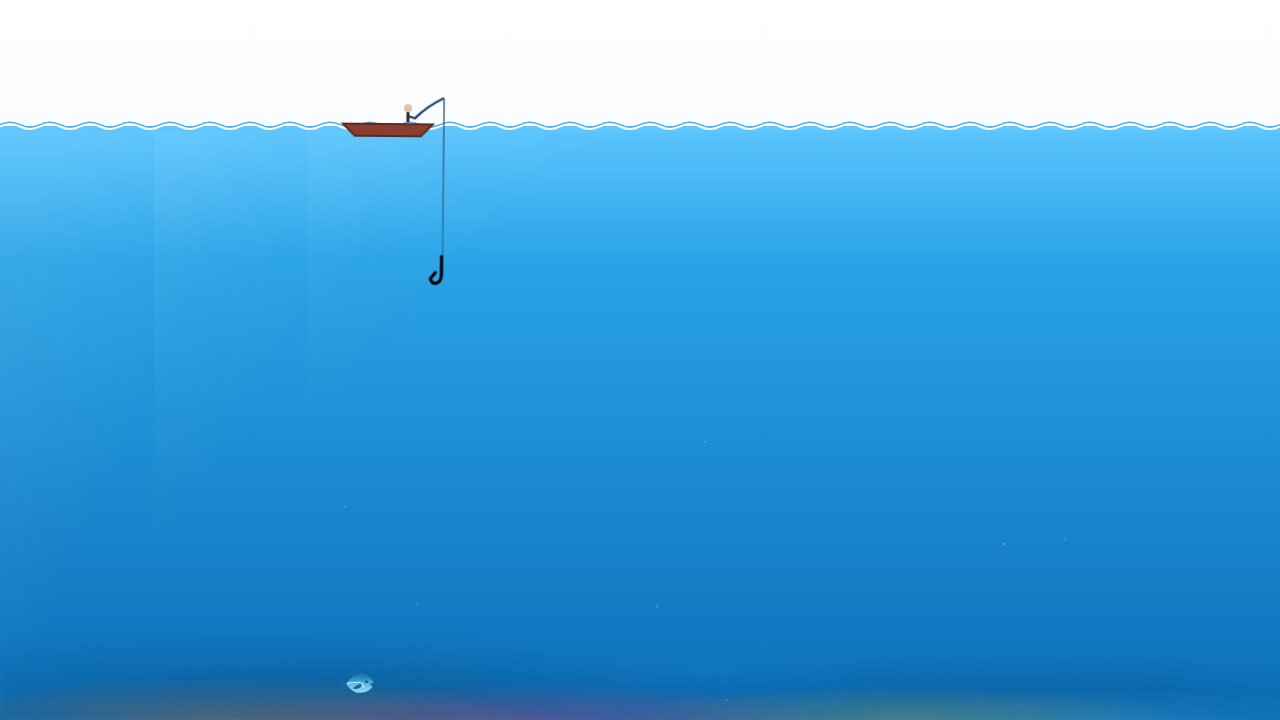
Repository: DeepFriedTurkey441/fd_game_project
Page: index.html
These files come from the project's save history. The page is drawn as it stood at one moment and after the next save; the edit follows.
The browser window is 1280 px wide. The pictures show the whole page.

Above is the page before, as saved 2025-09-23 07:33:05.

### index.html
<!DOCTYPE html>
<html lang="en">
<head>
  <meta charset="UTF-8">
  <title>Fish Dodge</title>
  <link rel="stylesheet" href="style.css">
</head>
<body>
  <div id="game">
    <div id="air" aria-hidden="true"></div>
    <div id="waterline" aria-hidden="true"></div>
    <!-- Decorative background layers (non-interactive) -->
    <div id="reef-back" aria-hidden="true"></div>
    <div id="reef-mid" aria-hidden="true"></div>
    <div id="reef-fore" aria-hidden="true"></div>
    <div id="light-rays" aria-hidden="true"></div>
    <div class="boat" aria-label="small fishing boat" title="Fishing boat" style="left: 26vw;">
      <svg viewBox="0 0 120 60" xmlns="http://www.w3.org/2000/svg" aria-hidden="true">
        <!-- hull -->
        <path d="M10 40 L100 40 L88 52 L22 52 Z" fill="#8b3e2f" stroke="#5e291f" stroke-width="2"/>
        <!-- fisherman (simple) -->
        <circle cx="75" cy="24" r="4" fill="#e0c2a8"/>
        <path id="arm" d="M75 28 L75 38" stroke="#2b2b2b" stroke-width="3"/>
        <path id="rod" d="M75 32 L82 34" stroke="#2b2b2b" stroke-width="2"/>
        <!-- fishing rod (angled out over water) -->
        <path d="M82 34 Q 94 22 110 14" stroke="#1f4b7a" stroke-width="2.5" fill="none" stroke-linecap="round"/>
      </svg>
      <div class="line" aria-hidden="true"></div>
      <svg class="hook" aria-hidden="true" viewBox="0 0 24 36">
        <!-- J‑shaped hook: black stroke, no fill -->
        <path d="M16 2 V20 C16 30 6 32 5 24" fill="none" stroke="#000" stroke-width="3.2" stroke-linecap="round"/>
        <!-- Barb -->
        <path d="M6 23 L10 18" fill="none" stroke="#000" stroke-width="3" stroke-linecap="round"/>
      </svg>
    </div>
    <div id="fish" aria-label="fish"><span class="sprite" aria-hidden="true">🐟</span></div>
    <!-- Soft ambient bubbles -->
    <div id="bubbles" aria-hidden="true"></div>
  </div>
  <script src="script.js"></script>
</body>
</html>

### style.css
/* Basic starter styling */
body {
    margin: 0;
    font-family: sans-serif;
    background-color: #0a3454;
    color: #fff;
  }

#game {
    position: relative;
    width: 100vw;
    height: 100vh;
    overflow: hidden;
    background: linear-gradient(#f9fbff 0%, #eaf3ff 16.66%, #5ec7ff 16.66%, #2aa3e6 36%, #0b6fb8 100%);
  }

/* Air overlay (top 1/6) to ensure a whitish sky */
#air {
    position: absolute;
    left: 0; right: 0;
    top: 0;
    /* Extend slightly past the waterline so crests have white behind them */
    height: calc(100vh / 6 + 12px);
    background: linear-gradient(to bottom, rgba(255,255,255,0.98), rgba(255,255,255,0.75));
    z-index: 1;
    pointer-events: none;
  }

/* Waterline at 1/6 of the viewport height from the top */
#waterline {
    position: absolute;
    left: 0; right: 0;
    top: calc(100vh / 6);
    height: 12px;
    z-index: 2;
    pointer-events: none;
    /* Squiggly wave on top of a 2-color band: white above, light blue below */
    background:
      url("data:[embedded picture, 376 characters]") repeat-x center,
      linear-gradient(to bottom, rgba(255,255,255,0.98) 0%, rgba(255,255,255,0.98) 50%, rgba(94,199,255,1) 50%, rgba(94,199,255,1) 100%);
    background-size: 80px 12px, 100% 100%;
  }

/* Boat at surface */
  .boat {
    position: absolute;
    top: calc(100vh / 6 - 34px); /* float a bit higher above ripple */
    width: 120px; height: 60px;
    transform-origin: 50% 50%;
    animation: bob 3.2s ease-in-out infinite;
    z-index: 6; /* above reefs; fish swims under */
    pointer-events: none;
  }
  .boat svg { width: 100%; height: 100%; display: block; }
  /* (reverted) */

/* Reef layers (behind fish) */
#reef-back, #reef-mid, #reef-fore {
    position: absolute; left: 0; right: 0; bottom: 0;
    pointer-events: none;
}
#reef-back { height: 44vh; background:
    radial-gradient(70% 50% at 20% 100%, rgba(0,40,70,0.25), transparent 60%),
    radial-gradient(60% 40% at 80% 100%, rgba(0,45,80,0.22), transparent 58%);
    z-index: 0; filter: blur(2px) saturate(0.9);
}
#reef-mid { height: 36vh; background:
    radial-gradient(55% 40% at 30% 100%, rgba(10,70,120,0.26), transparent 60%),
    radial-gradient(50% 35% at 75% 100%, rgba(8,90,150,0.22), transparent 62%);
    z-index: 1; filter: blur(1.2px) saturate(1.0);
}
#reef-fore { height: 28vh; background:
    radial-gradient(40% 35% at 18% 100%, rgba(255,130,60,0.28), transparent 62%),
    radial-gradient(38% 30% at 42% 100%, rgba(255,70,120,0.28), transparent 62%),
    radial-gradient(36% 28% at 70% 100%, rgba(255,200,60,0.24), transparent 62%),
    radial-gradient(34% 26% at 88% 100%, rgba(90,200,255,0.22), transparent 62%);
    z-index: 2; filter: saturate(1.1);
    mask-image: linear-gradient(to top, black 60%, rgba(0,0,0,0) 100%);
    -webkit-mask-image: linear-gradient(to top, black 60%, rgba(0,0,0,0) 100%);
}

/* God-rays */
#light-rays { position: absolute; left:0; right:0; top: calc(100vh/6); bottom:0; pointer-events:none; z-index:1;
  background:
    linear-gradient(115deg, rgba(255,255,255,0.12) 10%, rgba(255,255,255,0.0) 35%) 0 0/40% 100% no-repeat,
    linear-gradient(125deg, rgba(255,255,255,0.10) 8%, rgba(255,255,255,0.0) 32%) 20% 0/40% 100% no-repeat,
    linear-gradient(135deg, rgba(255,255,255,0.08) 6%, rgba(255,255,255,0.0) 28%) 40% 0/40% 100% no-repeat;
  mix-blend-mode: screen;
  opacity: 0.5;
}
  .boat .line {
    position: absolute;
    left: 110px; /* exact rod tip in SVG coords */
    top: 14px;
    width: 2px;
    height: calc(100vh - (100vh / 6)); /* down to bottom */
    background: linear-gradient(to bottom, rgba(30,60,100,0.6), rgba(30,60,100,0.3));
    transform-origin: top;
    z-index: 4; /* between reefs and fish */
  }
  .boat .hook {
    position: absolute;
    left: 100px; /* adjusted for SVG viewBox */
    top: 14px;
    width: 24px; height: 36px;
    z-index: 5;
    display: block;
  }
  .boat .hook path { vector-effect: non-scaling-stroke; }

@keyframes bob {
  0%   { transform: translateY(0) rotate(-0.6deg); }
  50%  { transform: translateY(-2px) rotate(0.6deg); }
  100% { transform: translateY(0) rotate(-0.6deg); }
}

#fish {
    position: absolute;
    left: 24px;
    top: 50vh;
    transform: translateY(-50%);
    font-size: 32px;
    line-height: 1;
    user-select: none;
    z-index: 5;
  }
/* Ambient bubbles */
#bubbles { position:absolute; left:0; right:0; top: calc(100vh/6); bottom:0; pointer-events:none; z-index:2; }
#bubbles::before, #bubbles::after { content:""; position:absolute; left:10%; bottom:6vh; width:2px; height:2px; background:transparent;
  box-shadow:  0 0 0 0 rgba(255,255,255,0.7),
               40vw 10vh 0 0 rgba(255,255,255,0.6),
               20vw 30vh 0 0 rgba(255,255,255,0.5),
               65vw 22vh 0 0 rgba(255,255,255,0.6),
               80vw 12vh 0 0 rgba(255,255,255,0.5),
               15vw 18vh 0 0 rgba(255,255,255,0.5);
  animation: bubbleUp 8s linear infinite;
}
#bubbles::after { left:35%; animation-duration: 12s; opacity:0.8; }
@keyframes bubbleUp {
  0% { transform: translateY(0) scale(1); opacity: 0.0; }
  10% { opacity: 0.6; }
  100% { transform: translateY(-70vh) scale(1.2); opacity: 0; }
}
  #fish .sprite { display: inline-block; font-size: 32px; width: 1em; height: 1em; }
  /* Emoji orientation mappings */
  /* Most platforms render 🐟 facing left by default (head on left). */
  #fish .face-left { transform: scaleX(1); }
  #fish .face-right { transform: scaleX(-1); }

### script.js
// Fish movement prototype: slow downward drift, space = up/forward, 3 speeds (←/→)
(function () {
  const fish = document.getElementById('fish');
  const sprite = fish ? fish.querySelector('.sprite') : null;
  const boat = document.querySelector('.boat');
  const lineEl = boat ? boat.querySelector('.line') : null;
  const hookEl = boat ? boat.querySelector('.hook') : null;
  // (reverted) no rod group rotation
  const armPath = boat ? boat.querySelector('#arm') : null;
  const rodPath = boat ? boat.querySelector('#rod') : null;
  if (!fish) return;

  // Ensure fish faces right
  // using CSS flip on child span; no need to set text here

  const BASE_SPEEDS = [1, 3, 6];
  let speedIndex = 0;
  let dir = 1; // 1 = left→right, -1 = right→left
  let speed = BASE_SPEEDS[speedIndex]; // signed pixels/frame after scaling

  let x = 24;
  let y = window.innerHeight * 0.5;
  let vy = 0;
  let spacePressed = false;
  let paused = false;
  function getFishHalfHeight() {
    try {
      const rect = (sprite || fish).getBoundingClientRect();
      return Math.max(8, (rect.height || 32) / 2);
    } catch (_) {
      return 16; // fallback for early frames
    }
  }

  // Tunables
  function scale() { return Math.max(0.8, Math.min(2.0, window.innerWidth / 1200)); }
  function gravity() { return 0.12 * scale(); } // slow drift downward
  function maxFall() { return 3.0 * scale(); }
  function maxRise() { return -4.0 * scale(); }

  function wrapX(nx) {
    const w = window.innerWidth;
    if (nx > w) return nx - w;
    if (nx < 0) return nx + w;
    return nx;
  }

  function updateSpeed() {
    speed = dir * (BASE_SPEEDS[speedIndex] * scale());
    // Update facing based on direction
    if (sprite) {
      if (dir === 1) {
        sprite.classList.remove('face-left');
        sprite.classList.add('face-right');
      } else {
        sprite.classList.remove('face-right');
        sprite.classList.add('face-left');
      }
    }
  }

  function loop() {
    if (paused) { requestAnimationFrame(loop); return; }
    // Horizontal progress
    x = wrapX(x + speed);

    // Vertical physics
    if (spacePressed) {
      vy = Math.max(maxRise(), vy - 0.45 * scale());
    } else {
      vy = Math.min(maxFall(), vy + gravity());
    }
    // Compute waterline as top at 1/6 viewport height
    const waterlineY = window.innerHeight / 6;
    // Keep the fish's center at least one pixel below the waterline + half its height
    const halfH = getFishHalfHeight();
    const topClamp = Math.max(0, waterlineY + halfH + 1);
    const bottomClamp = window.innerHeight - 40;
    y = Math.max(topClamp, Math.min(bottomClamp, y + vy));

    // Render
    fish.style.left = x + 'px';
    fish.style.top = y + 'px';

    // Simple jig animation for hook: hold near bottom, then hop upward irregularly
    animateHook();

    requestAnimationFrame(loop);
  }

  // --- Fishing line + hook motion ---
  let hookState = { phase: 'drop', targetY: 0, lastChange: 0 };
  // (reverted) no cast state
  const FEATURES = {
    casting: (new URL(location.href).searchParams.get('cast') === '1') ||
             (localStorage.getItem('fd_casting') === '1')
  };
  document.addEventListener('keydown', e => {
    if (e.key === 'C') {
      FEATURES.casting = !FEATURES.casting;
      localStorage.setItem('fd_casting', FEATURES.casting ? '1' : '0');
      location.reload();
    }
  });

  // Dynamic grouping for casting when flag is ON
  let rodGroup = null;
  if (boat && FEATURES.casting && armPath && rodPath) {
    try {
      const svg = boat.querySelector('svg');
      rodGroup = document.createElementNS('http://www.w3.org/2000/svg', 'g');
      rodGroup.setAttribute('id', 'rodGroup');
      rodGroup.appendChild(armPath);
      rodGroup.appendChild(rodPath);
      svg.insertBefore(rodGroup, svg.firstChild.nextSibling);
      rodGroup.style.transformOrigin = '75px 32px';
    } catch (_) { rodGroup = null; }
  }
  function animateHook() {
    if (!lineEl || !hookEl) return;
    const now = performance.now();
    const waterTop = window.innerHeight / 6;
    const bottom = window.innerHeight - 4;
    // Anchor positions at rod tip in page coords
    const boatRect = boat.getBoundingClientRect();
    const rodTip = { x: boatRect.left + 110, y: boatRect.top + 14 };
    // Hook SVG geometry (viewBox 0 0 24 36): eye at roughly (16, 2)
    const HOOK_EYE_X = 16; // px within SVG
    const HOOK_EYE_Y = 2;  // px within SVG
    if (hookState.phase === 'drop') {
      // Ensure line spans to bottom and hook sits near bottom
      lineEl.style.height = (bottom - rodTip.y) + 'px';
      // Position hook so its eye aligns with the line X and starts at bottom
      hookEl.style.left = (rodTip.x - boatRect.left - HOOK_EYE_X) + 'px';
      hookEl.style.top = (rodTip.y - boatRect.top + (bottom - rodTip.y) - (HOOK_EYE_Y + 2)) + 'px';
      hookState.phase = 'jig';
      hookState.lastChange = now;
      hookState.targetY = bottom - 30;
      // Trigger a one-time cast animation when flag is ON
      if (FEATURES.casting) startCast(now);
      return;
    }
    // Jigging: random small upward hops, then fall back
    const hookRect = hookEl.getBoundingClientRect();
    const hookY = hookRect.top + hookRect.height / 2;
    if (now - hookState.lastChange > 600 + Math.random() * 600) {
      hookState.targetY = Math.max(waterTop + 60, hookY - (30 + Math.random() * 60));
      hookState.lastChange = now;
    }
    // Move toward targetY smoothly
    const dy = (hookState.targetY - hookY) * 0.14;
    const newTop = hookY + dy;
    const maxTop = bottom - 12;
    const clampedTop = Math.min(maxTop, Math.max(waterTop + 40, newTop));
    // Position hook (absolute within boat) using page→boat coordinates
    const newHookTop = clampedTop - hookRect.height / 2;
    // Keep hook horizontally anchored so the eye stays on the line
    hookEl.style.left = (rodTip.x - boatRect.left - HOOK_EYE_X) + 'px';
    hookEl.style.top = (newHookTop - boatRect.top) + 'px';

    // Reel-in effect: simply shorten the line element height to the hook
    const hookEyePageY = (newHookTop + HOOK_EYE_Y); // page Y for hook eye
    const visibleHeight = Math.max(0, hookEyePageY - rodTip.y);
    lineEl.style.height = visibleHeight + 'px';

    if (FEATURES.casting) stepCast(now);
  }
  // --- Casting (guarded by feature flag) ---
  let hasCastOnce = false;
  let castPhase = 'idle';
  let castStartAt = 0;
  function getBoatSectionIndex() {
    const sections = 10;
    const boatRect = boat.getBoundingClientRect();
    const centerX = boatRect.left + boatRect.width / 2;
    const w = window.innerWidth;
    return Math.min(sections - 1, Math.max(0, Math.floor((centerX / w) * sections)));
  }
  function startCast(now) {
    if (hasCastOnce || !rodGroup) return;
    const section = getBoatSectionIndex();
    if (section >= 8) return;
    hasCastOnce = true;
    castPhase = 'windup';
    castStartAt = now;
  }
  function stepCast(now) {
    if (castPhase === 'idle' || !rodGroup) return;
    const t = now - castStartAt;
    if (castPhase === 'windup') {
      const dur = 380, k = Math.min(1, t / dur);
      const angle = -35 * (1 - Math.pow(1 - k, 3));
      rodGroup.style.transform = `rotate(${angle}deg)`;
      if (k >= 1) { castPhase = 'forward'; castStartAt = now; }
    } else if (castPhase === 'forward') {
      const dur = 240, k = Math.min(1, t / dur);
      const angle = (-35) + 50 * (1 - Math.pow(1 - k, 3));
      rodGroup.style.transform = `rotate(${angle}deg)`;
      const section = getBoatSectionIndex();
      const w = window.innerWidth, sectionW = w / 10;
      const targetX = Math.min((section + 2 + 0.5) * sectionW, w - 20);
      const boatRect = boat.getBoundingClientRect();
      const curr = hookEl.getBoundingClientRect();
      const nx = (curr.left + (targetX - curr.left) * (1 - Math.pow(1 - k, 3))) - boatRect.left - 16;
      hookEl.style.left = `${nx}px`;
      if (k >= 1) { castPhase = 'settle'; castStartAt = now; }
    } else if (castPhase === 'settle') {
      const dur = 280, k = Math.min(1, t / dur);
      const angle = 15 - 15 * (1 - Math.pow(1 - k, 3));
      rodGroup.style.transform = `rotate(${angle}deg)`;
      if (k >= 1) { castPhase = 'idle'; rodGroup.style.transform = 'rotate(0deg)'; }
    }
  }

  document.addEventListener('keydown', (e) => {
    switch (e.key) {
      case ' ': // surge
        if (!spacePressed) {
          spacePressed = true;
          vy = Math.max(maxRise(), vy - 2.2 * scale());
          fish.style.transform = 'translateY(-50%) scale(1.04) rotate(-3deg)';
        }
        break;
      case 'p':
        paused = !paused;
        break;
      case 'ArrowRight':
        if (dir === 1) {
          // Already moving right: speed up until max
          speedIndex = Math.min(BASE_SPEEDS.length - 1, speedIndex + 1);
        } else {
          // Moving left: step down speed; if already at slowest, flip to right slow
          if (speedIndex > 0) {
            speedIndex -= 1;
          } else {
            dir = 1; // flip direction
            speedIndex = 0; // start at slowest in new direction
          }
        }
        updateSpeed();
        break;
      case 'ArrowLeft':
        if (dir === -1) {
          // Already moving left: speed up until max
          speedIndex = Math.min(BASE_SPEEDS.length - 1, speedIndex + 1);
        } else {
          // Moving right: step down speed; if already at slowest, flip to left slow
          if (speedIndex > 0) {
            speedIndex -= 1;
          } else {
            dir = -1; // flip direction
            speedIndex = 0; // start at slowest in new direction
          }
        }
        updateSpeed();
        break;
    }
  });
  document.addEventListener('keyup', (e) => {
    if (e.key === ' ') {
      spacePressed = false;
      fish.style.transform = 'translateY(-50%)';
    }
  });

  window.addEventListener('resize', () => {
    x = Math.min(x, window.innerWidth - 40);
    // Re-apply clamp relative to new waterline and fish size
    const waterlineY = window.innerHeight / 6;
    const halfH = getFishHalfHeight();
    const topClamp = Math.max(0, waterlineY + halfH + 1);
    const bottomClamp = window.innerHeight - 40;
    y = Math.max(topClamp, Math.min(bottomClamp, y));
    updateSpeed();
    // Recompute line length on resize
    if (lineEl && boat) {
      const bottom = window.innerHeight - 4;
      const boatRect = boat.getBoundingClientRect();
      const rodTipY = boatRect.top + 14;
      lineEl.style.height = (bottom - rodTipY) + 'px';
    }
  });

  // Init
  updateSpeed();
  // Ensure initial facing matches starting direction (right)
  if (sprite) { sprite.classList.add('face-right'); }
  loop();
})();

After the next save:
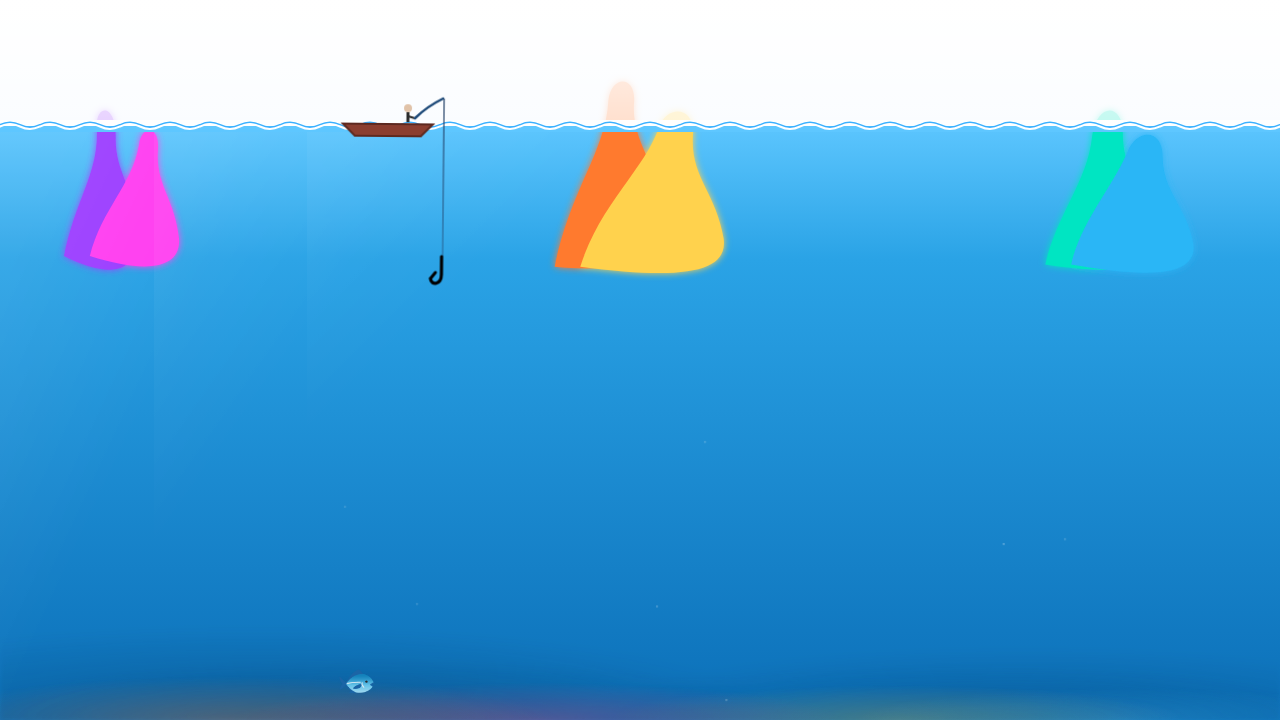
Saved 4 min 24 s later.
--- a/index.html
+++ b/index.html
@@ -14,6 +14,35 @@
     <div id="reef-mid" aria-hidden="true"></div>
     <div id="reef-fore" aria-hidden="true"></div>
     <div id="light-rays" aria-hidden="true"></div>
+    <div id="caustics" aria-hidden="true"></div>
+    <div id="seafloor" aria-hidden="true"></div>
+    <!-- Bright coral SVG (non-interactive) -->
+    <svg id="coral" viewBox="0 0 1200 300" aria-hidden="true">
+      <defs>
+        <filter id="coralGlow" x="-20%" y="-20%" width="140%" height="140%">
+          <feGaussianBlur stdDeviation="3" result="blur"/>
+          <feMerge>
+            <feMergeNode in="blur"/>
+            <feMergeNode in="SourceGraphic"/>
+          </feMerge>
+        </filter>
+      </defs>
+      <!-- left purple coral -->
+      <g filter="url(#coralGlow)" transform="translate(60,240) scale(1.1)">
+        <path d="M0 0 C 10 -50, 30 -70, 28 -110 C 27 -130, 45 -130, 44 -100 C 44 -70, 60 -60, 62 -20 C 64 15, 40 20, 0 0 Z" fill="#9b3cff"/>
+        <path d="M22 0 C 32 -40, 58 -60, 64 -95 C 66 -112, 82 -112, 80 -90 C 78 -60, 94 -50, 98 -15 C 100 10, 72 16, 22 0 Z" fill="#ff3cf0"/>
+      </g>
+      <!-- center orange coral -->
+      <g filter="url(#coralGlow)" transform="translate(520,250) scale(1.2)">
+        <path d="M0 0 C 12 -60, 40 -90, 42 -130 C 44 -150, 64 -150, 62 -128 C 60 -98, 78 -86, 84 -46 C 90 -8, 62 6, 0 0 Z" fill="#ff7a2f"/>
+        <path d="M20 0 C 36 -50, 70 -75, 82 -110 C 88 -126, 110 -126, 108 -102 C 106 -70, 126 -58, 132 -22 C 136 6, 96 10, 20 0 Z" fill="#ffd24d"/>
+      </g>
+      <!-- right teal coral -->
+      <g filter="url(#coralGlow)" transform="translate(980,248) scale(1.1)">
+        <path d="M0 0 C 10 -44, 36 -70, 40 -110 C 44 -138, 66 -138, 66 -112 C 66 -78, 84 -64, 92 -30 C 98 4, 64 10, 0 0 Z" fill="#00e5c2"/>
+        <path d="M22 0 C 30 -36, 56 -64, 70 -96 C 78 -116, 100 -116, 100 -92 C 100 -62, 120 -50, 126 -18 C 130 10, 90 12, 22 0 Z" fill="#29b6f6"/>
+      </g>
+    </svg>
     <div class="boat" aria-label="small fishing boat" title="Fishing boat" style="left: 26vw;">
       <svg viewBox="0 0 120 60" xmlns="http://www.w3.org/2000/svg" aria-hidden="true">
         <!-- hull -->
